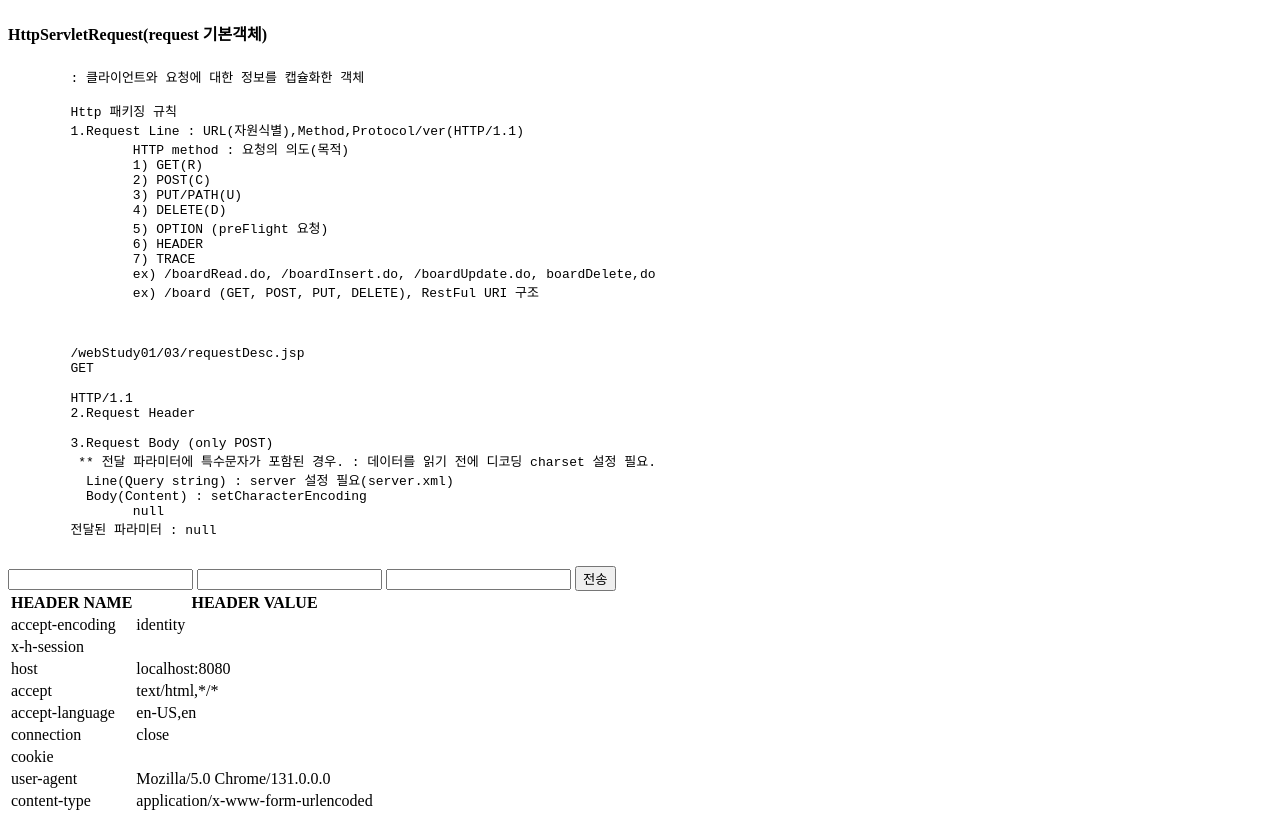
Repository: JavaJin96/kr.or.ddit.WebApp
Page: http://localhost/webStudy01/03/requestDesc.jsp
An editor plug-in stored every save of this project. The page is shown before and after the next save, followed by the edit.
The browser window is 1280 px wide. The pictures show the whole page.
The page is served by Tomcat 9.

Above is the page before, as saved 2022-03-03 01:20:48.

After the next save:
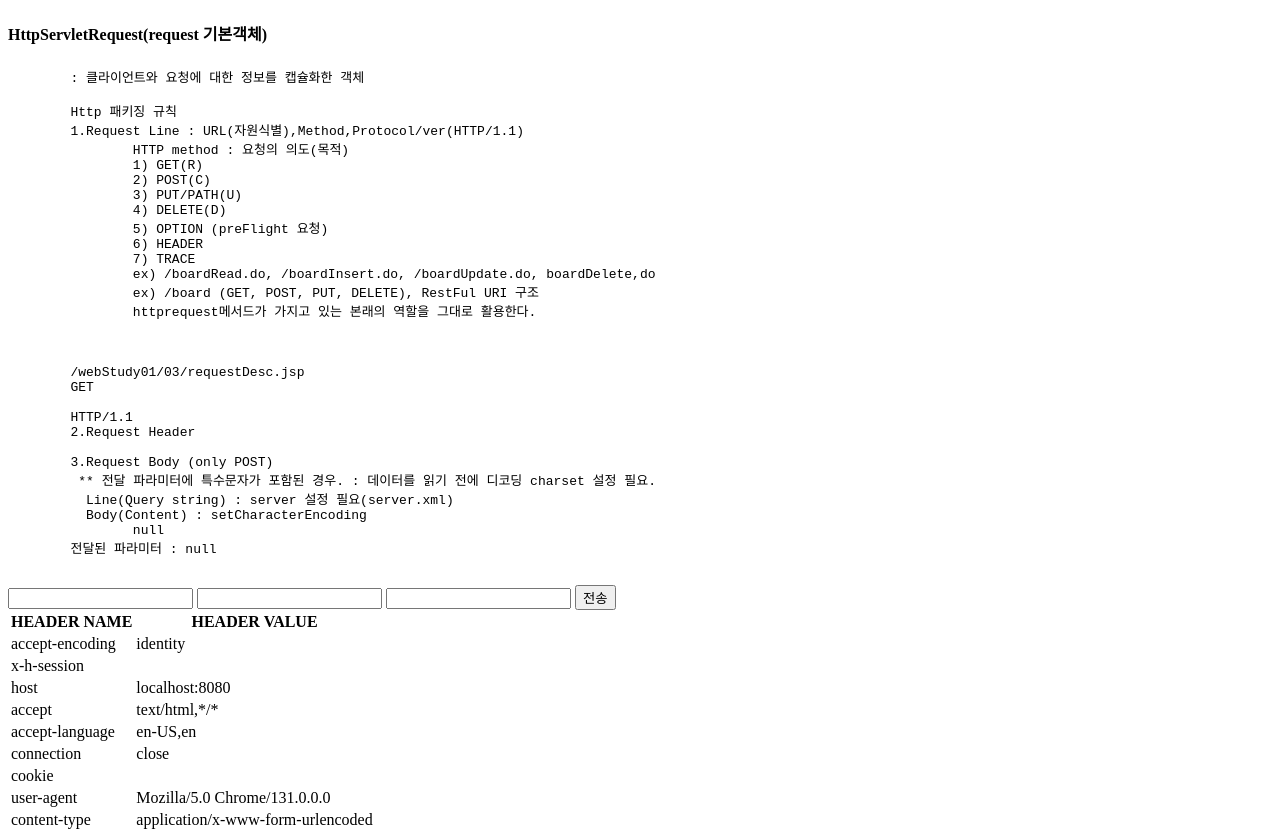
Saved 21 s later.
--- a/6.JspSpring/workspace/webStudy01/webapp/03/requestDesc.jsp
+++ b/6.JspSpring/workspace/webStudy01/webapp/03/requestDesc.jsp
@@ -27,6 +27,7 @@
 		7) TRACE
 		ex) /boardRead.do, /boardInsert.do, /boardUpdate.do, boardDelete,do
 		ex) /board (GET, POST, PUT, DELETE), RestFul URI 구조
+		httprequest메서드가 가지고 있는 본래의 역할을 그대로 활용한다.
 
 
 
